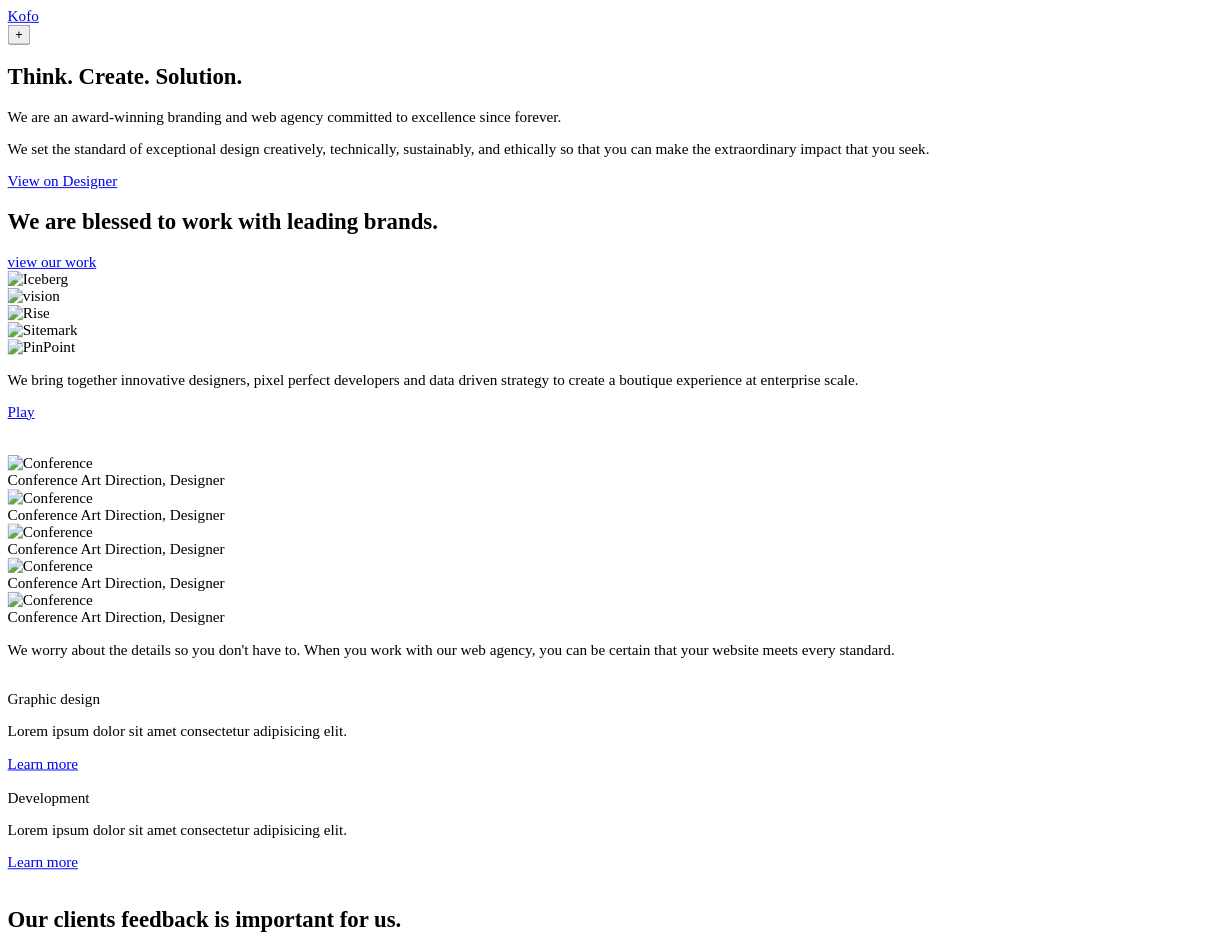
Repository: debthebuilder/kofo
Page: index.html
An editor plug-in stored every save of this project. The page is shown before and after the next save, followed by the edit.
The browser window is 1280 px wide. The pictures show the whole page, at 95% of full size.

Above is the page before, as saved 2022-10-13 11:48:29.

After the next save:
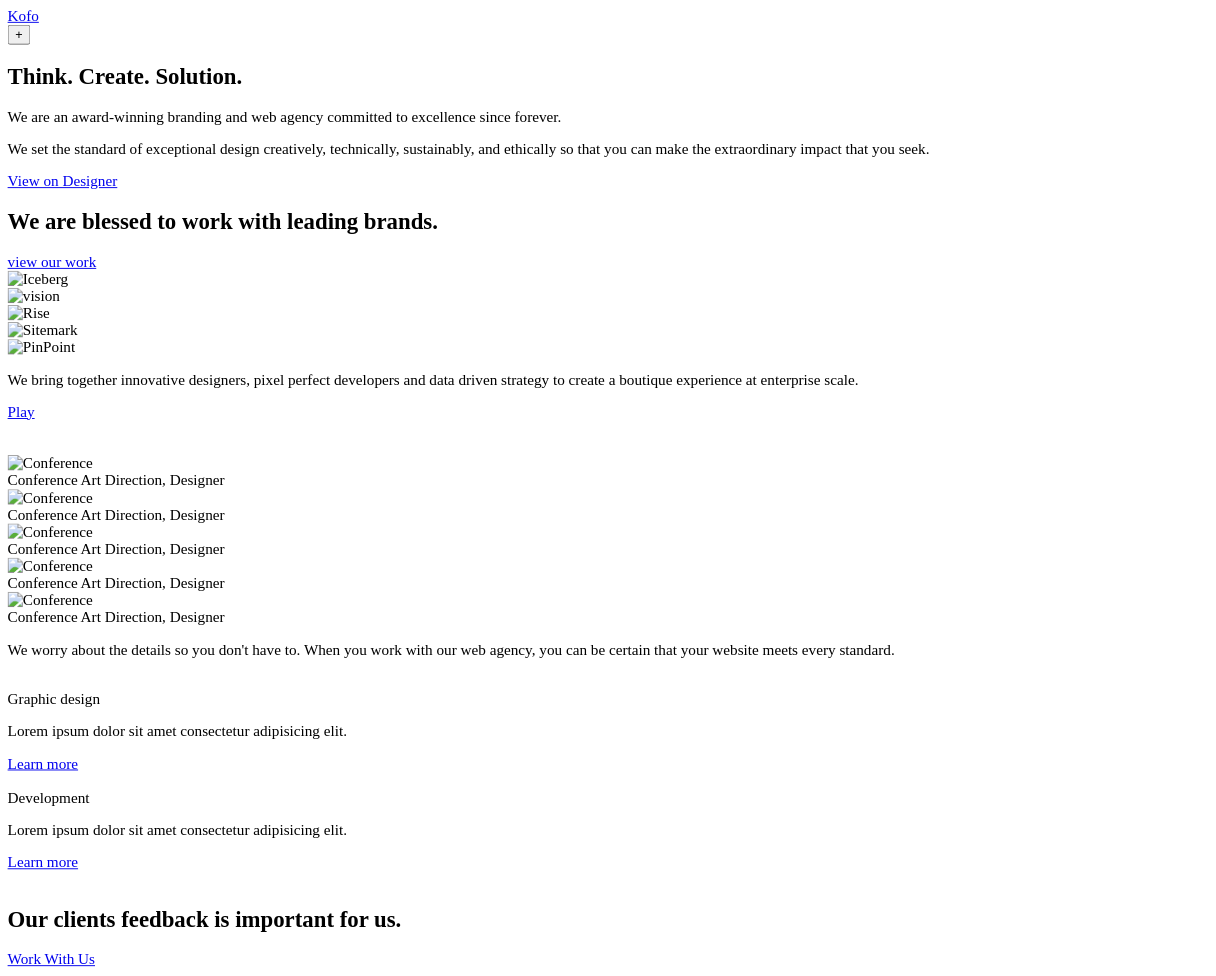
Saved 5 s later.
--- a/index.html
+++ b/index.html
@@ -174,7 +174,7 @@
     <section class="testimonial">
         <div>
             <h2>Our clients feedback is important for us.</h2>
-            <a href="#"
+            <a href="#">Work With Us</a>
         </div>
     </section>
     <!--Fun Facts-->
